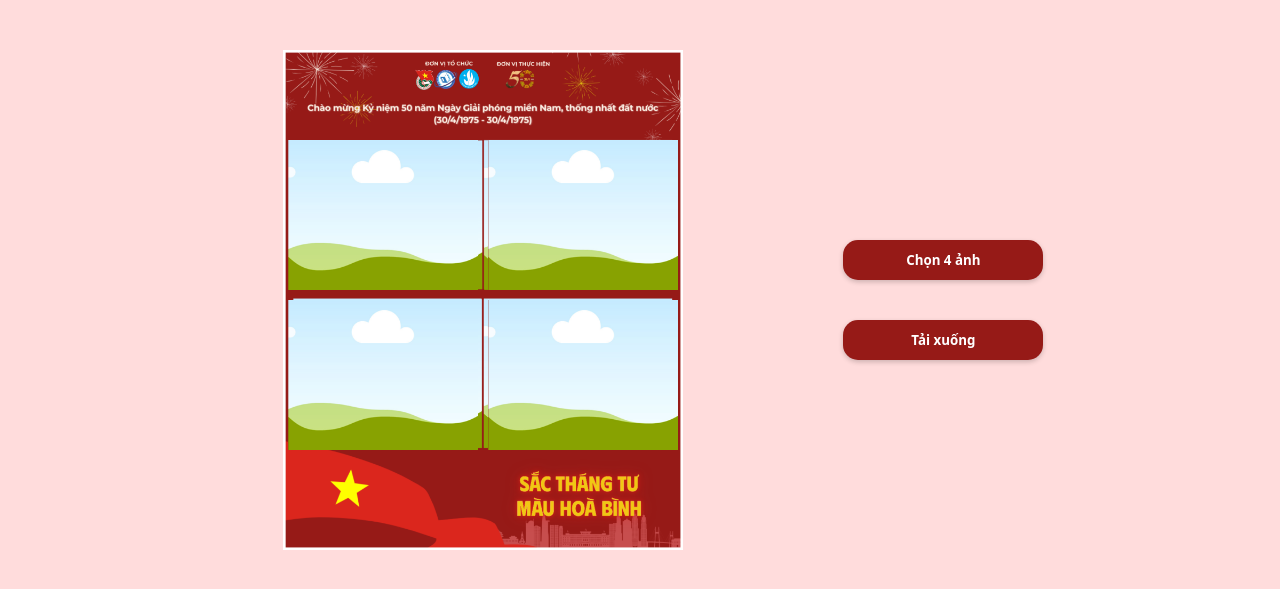
Repository: nguyentambinh/tuoitretdmu
Page: http://localhost/
These files come from the project's save history. The page is drawn as it stood at one moment and after the next save; the edit follows.
The browser window is 1280 px wide. The pictures show the whole page.
The page is run by PHP 8.4 with error messages shown; the project is at /var/www/html/.

Above is the page before, as saved 2025-04-10 14:18:26.
Console error: TypeError: Cannot read properties of null (reading 'addEventListener')

After the next save:
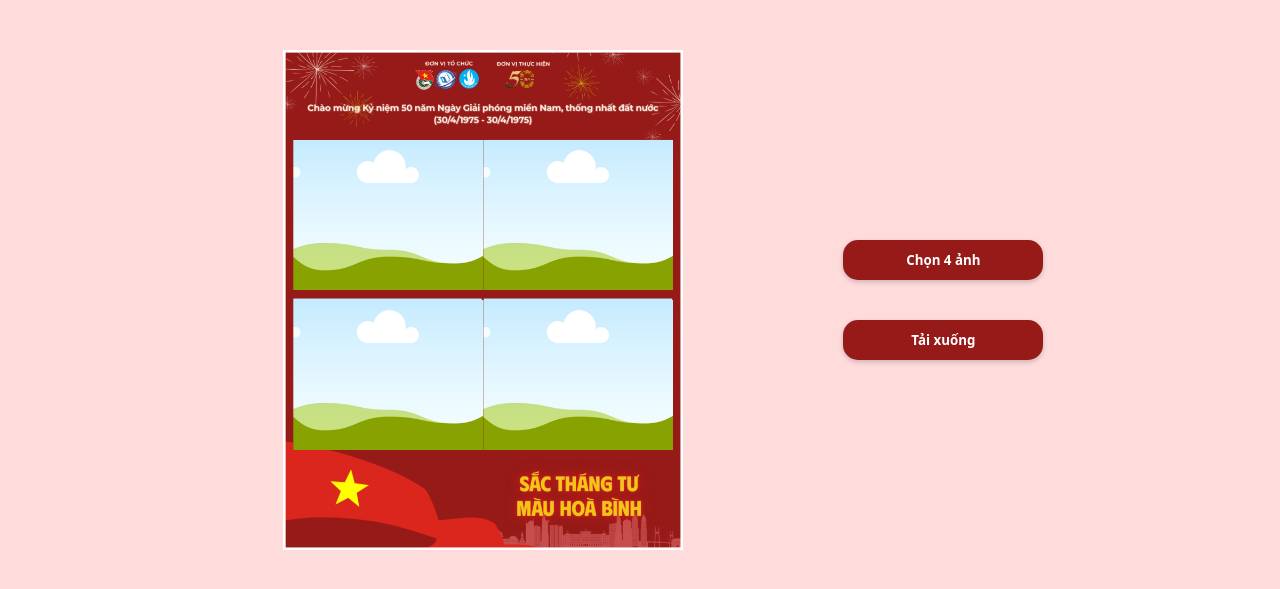
Saved 17 s later.
--- a/main.css
+++ b/main.css
@@ -34,7 +34,7 @@ body {
     display: grid;
     grid-template-columns: 1fr 1fr;
     grid-template-rows: 1fr 1fr;
-    gap: 10px;
+    gap: 10px 0;
     margin-top: -10px;
 }
 .control-box {
